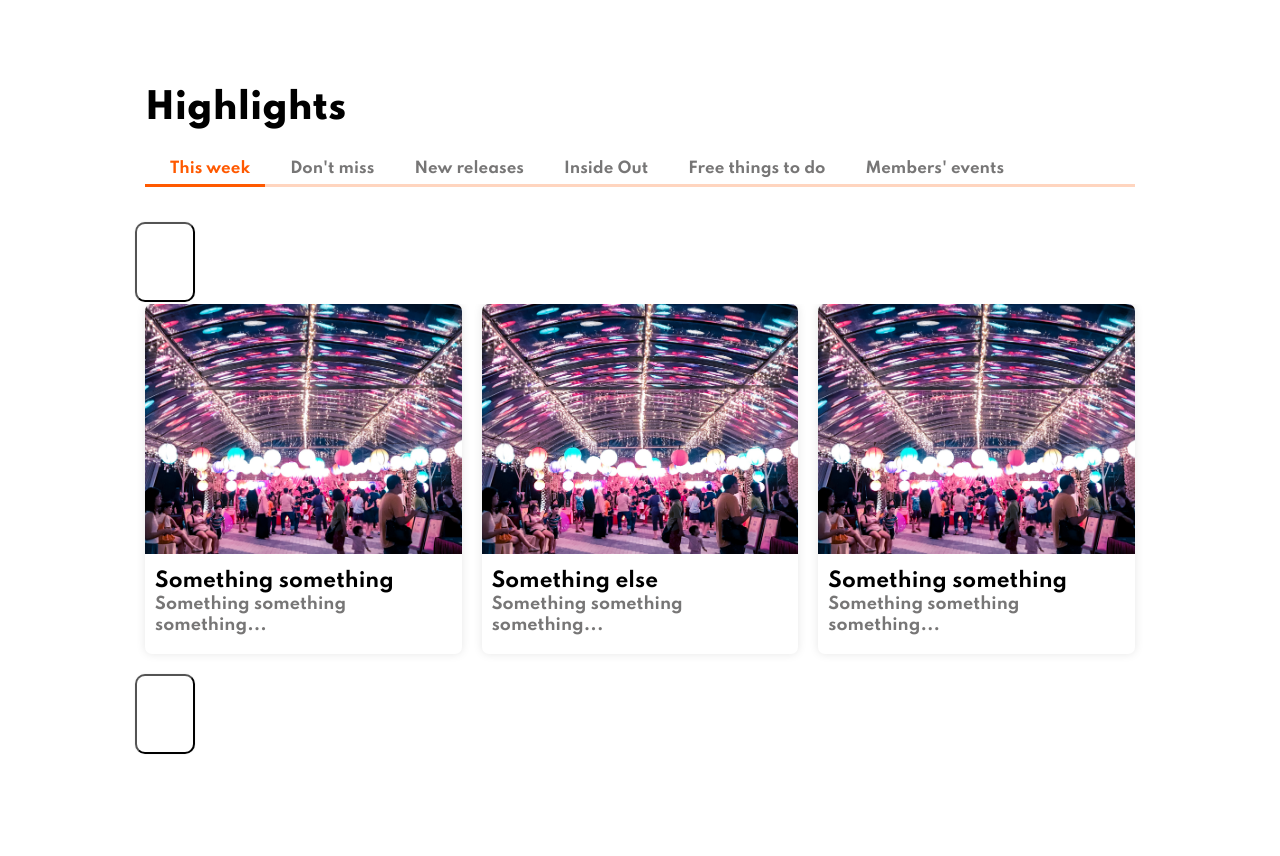
Repository: vvogt/fameworks_vv
Page: /
An editor plug-in stored every save of this project. The page is shown before and after the next save, followed by the edit.
The browser window is 1280 px wide. The pictures show the part of the page from y = 607 to 1463 px (the page is 2500 px tall before and 2502 px after).
Pictures or frames that could not be fetched are drawn as grey boxes. Backgrounds fixed to the window are drawn as part of the page. The project was rebuilt for these pictures with package versions that can differ from the ones it lists, and the page was loaded fresh each time. Also part of the build but not shown: src/components/NotFound.js. Imported but missing from the stored project, and not drawn on this page: src/assets/videos/seald_fullhd.mp4.

Above is the page before, as saved 2020-04-27 16:53:19.

### public/index.html
<!DOCTYPE html>
<html lang="en">
  <head>
    <meta charset="utf-8" />
    <link rel="icon" href="%PUBLIC_URL%/favicon.ico" />
    <link href="https://fonts.googleapis.com/css2?family=Spartan:wght@200;300;400;500;531;600;700;800;900&display=swap"
      rel="stylesheet">
    <meta name="viewport" content="width=device-width, initial-scale=1" />
    <meta name="theme-color" content="#000000" />
    <meta
      name="description"
      content="Web site created using create-react-app"
    />
    <!--
      manifest.json provides metadata used when your web app is installed on a
      user's mobile device or desktop. See https://developers.google.com/web/fundamentals/web-app-manifest/
    -->
    <link rel="manifest" href="%PUBLIC_URL%/manifest.json" />
    <!--
      Notice the use of %PUBLIC_URL% in the tags above.
      It will be replaced with the URL of the `public` folder during the build.
      Only files inside the `public` folder can be referenced from the HTML.

      Unlike "/favicon.ico" or "favicon.ico", "%PUBLIC_URL%/favicon.ico" will
      work correctly both with client-side routing and a non-root public URL.
      Learn how to configure a non-root public URL by running `npm run build`.
    -->
  </head>
  <body>
    <noscript>You need to enable JavaScript to run this app.</noscript>
    <div id="root"></div>
    <!--
      This HTML file is a template.
      If you open it directly in the browser, you will see an empty page.

      You can add webfonts, meta tags, or analytics to this file.
      The build step will place the bundled scripts into the <body> tag.

      To begin the development, run `npm start` or `yarn start`.
      To create a production bundle, use `npm run build` or `yarn build`.
    -->
  </body>
</html>

### src/scss/global.scss
// # SETTINGS
@import 'settings.variables';

// # TOOLS
@import 'tools.mixins';
@import 'tools.units';

// # BASE
@import 'base.normalize';
@import 'base.reset';
@import 'base.body';

//COMPONENTS

@import 'components.header';
@import 'components.hero';
@import 'components.section';
@import 'components.parallaxSection';

### src/scss/_settings.variables.scss
/* ------------------------------------------
   settings.VARIABLES
------------------------------------------ */

// Fonts
$font: 'Spartan', sans-serif;

$font_btn: rem-calc(15);

// Colors
$black: #000000;
$gray-dark: #777676;
$white: #ffffff;
$orange: #ff5900;
$orange-drkr: #e65000;

// Layout
$gutter: 20px;

// Animations
$transition-in: 0.1s;
$transition-out: 0.3s;

// Box Shadow
$shadow_light: 1px 2px 2px rgba($black, 0.1);
$shadow_dark: 1px 2px 2px rgba($black, 0.2);

// Padding
$padding_lr_1: 240px;
$padding_lr_2: 140px;
$padding_lr_3: 80px;
$padding_lr_4: 20px;

### src/scss/_tools.mixins.scss
/* ------------------------------------------
   tools.MIXINS
------------------------------------------ */

@mixin clearfix() {
  &:before, &:after {
    content: " ";
    display: table;
  }
  &:after {
    clear: both;
  }
}

@mixin un-clearfix() {
  &:before, &:after {
    content: none;
    display: auto;
  }
  &:after {
    clear: none;
  }
}

// Image Replacement

@mixin ir() {
  border: 0;
  font: 0/0 a;
  text-shadow: none;
  color: transparent;
  // background: url(test.png);
  // width: 300px;
  // height: 75px;
}

// Hide only visually, but have it available for screen readers:
// http://snook.ca/archives/html_and_css/hiding-content-for-accessibility

@mixin visuallyhidden() {
    border: 0;
    clip: rect(0 0 0 0);
    height: 1px;
    margin: -1px;
    overflow: hidden;
    padding: 0;
    position: absolute;
    width: 1px;
}


//  ## Media query and orietation mixins
//  ==================================================
//  http://alwaystwisted.com/post.php?s=2013-04-01-my-media-query-mixin


@mixin mq($point, $query1: min, $query2: width) {
  @media screen and (#{$query1}-#{$query2}: strip-unit($point) / 16 +em) {
    @content;
  }
}

@mixin orient($orientation: landscape) {
  @media (orientation : $orientation) {
    @content;
  }
}

@mixin setLRPadding($padding-lr4: 20px, $padding-lr3: 80px, $padding-lr2: 140px, $padding-lr1: 240px) {
  padding-left: $padding-lr4;
  padding-right: $padding-lr4;

   @include mq(600) {
      padding-left: $padding-lr3;
      padding-right: $padding-lr3;
   }

   @include mq(1150) {
      padding-left: $padding-lr2;
      padding-right: $padding-lr2;
   }

   @include mq(1400) {
      padding-left: $padding-lr1;
      padding-right: $padding-lr1;
   }
}

@mixin setLRPadding-preview($padding-lr4: 15px, $padding-lr3: 75px, $padding-lr2: 135px, $padding-lr1: 235px) {
  padding-left: $padding-lr4;
  padding-right: $padding-lr4;

   @include mq(600) {
      padding-left: $padding-lr3;
      padding-right: $padding-lr3;
   }

   @include mq(1150) {
      padding-left: $padding-lr2;
      padding-right: $padding-lr2;
   }

   @include mq(1400) {
      padding-left: $padding-lr1;
      padding-right: $padding-lr1;
   }
}

### src/scss/_tools.units.scss
// Foundation for Sites by ZURB
// foundation.zurb.com
// Licensed under MIT Open Source

////
/// @group functions
////

$global-font-size: 100% !default;

// scss-lint:disable ZeroUnit

/// Removes the unit (e.g. px, em, rem) from a value, returning the number only.
///
/// @param {Number} $num - Number to strip unit from.
///
/// @returns {Number} The same number, sans unit.
@function strip-unit($num) {
  @return $num / ($num * 0 + 1);
}

/// Converts one or more pixel values into matching rem values.
///
/// @param {Number|List} $values - One or more values to convert. Be sure to separate them with spaces and not commas. If you need to convert a comma-separated list, wrap the list in parentheses.
/// @param {Number} $base [null] - The base value to use when calculating the `rem`. If you're using Foundation out of the box, this is 16px. If this parameter is `null`, the function will reference the `$base-font-size` variable as the base.
///
/// @returns {List} A list of converted values.
@function rem-calc($values, $base: null) {
  $rem-values: ();
  $count: length($values);

  // If no base is defined, defer to the global font size
  @if $base == null {
    $base: $global-font-size;
  }

  // If the base font size is a %, then multiply it by 16px
  // This is because 100% font size = 16px in most all browsers
  @if unit($base) == '%' {
    $base: ($base / 100%) * 16px;
  }

  @if $count == 1 {
    @return -zf-to-rem($values, $base);
  }

  @for $i from 1 through $count {
    $rem-values: append($rem-values, -zf-to-rem(nth($values, $i), $base));
  }

  @return $rem-values;
}

// Converts a unitless, pixel, or rem value to em, for use in breakpoints.
@function -zf-bp-to-em($value) {
  // Pixel and unitless values are converted to rems
  @if unit($value) == 'px' or unitless($value) {
    $value: rem-calc($value, $base: 16px);
  }

  // Then the value is converted to ems
  @return strip-unit($value) * 1em;
}

/// Converts a pixel value to matching rem value. *Any* value passed, regardless of unit, is assumed to be a pixel value. By default, the base pixel value used to calculate the rem value is taken from the `$global-font-size` variable.
/// @access private
///
/// @param {Number} $value - Pixel value to convert.
/// @param {Number} $base [null] - Base for pixel conversion.
///
/// @returns {Number} A number in rems, calculated based on the given value and the base pixel value. rem values are passed through as is.
@function -zf-to-rem($value, $base: null) {
  // Check if the value is a number
  @if type-of($value) != 'number' {
    @warn inspect($value) + ' was passed to rem-calc(), which is not a number.';
    @return $value;
  }

  // Calculate rem if units for $value is not rem
  @if unit($value) != 'rem' {
    $value: strip-unit($value) / strip-unit($base) * 1rem;
  }

  // Turn 0rem into 0
  @if $value == 0rem {
    $value: 0;
  }

  @return $value;
}

### src/scss/_base.reset.scss
/* ------------------------------------------
  generic.RESET
------------------------------------------ */

* {
  box-sizing: border-box;
}

img,
iframe {
  max-width: 100%;
  height: auto;
}

h1,h2,h3,h4,h5,h6,
p,blockquote,pre,
dl,dd,ol,ul,
form,fieldset,legend,
table,th,td,caption,
hr,figure {
  margin:0;
  padding:0;
}

li {
  list-style: none;
}

::selection {

}

### src/scss/_base.body.scss
body {
  font-family: $font;
  font-size: rem-calc(14);
  line-height: rem-calc(18);
  font-weight: 400;
  color: $black;
  background-color: $white;
  margin: 0px;
  padding: 0px;
}

p {
  font-family: $font;
  font-size: rem-calc(10);
  line-height: rem-calc(25);
  color: $black;
  font-weight: 400;

  @include mq(350) {
    font-size: rem-calc(13);
    line-height: rem-calc(18);
  }

  @include mq(1000) {
    font-size: rem-calc(16);
    line-height: rem-calc(21);
  }
}

a {
  color: $black;
  text-decoration: none;

  &:hover {
    text-decoration: none;
    color: $white;
  }
}

h1,
h2,
h3,
h4,
h5 {
  font-weight: 700;
}

h1 {
  font-weight: 1000;
  font-size: rem-calc(35);
  line-height: rem-calc(43);

  @include mq(750) {
    font-size: rem-calc(45);
    line-height: rem-calc(55);
  }

  @include mq(950) {
    font-size: rem-calc(60);
    line-height: rem-calc(70);
  }

  @include mq(1100) {
    font-size: rem-calc(70);
    line-height: rem-calc(82);
  }

}

h2 {
   font-size: rem-calc(35);
   font-weight: 800;
}

h3 {
  font-size: rem-calc(20);
  line-height: rem-calc(25);
}

h4 {
  font-size: rem-calc(18);
  line-height: rem-calc(21);
}

h5 {
  font-size: rem-calc(14);
  line-height: rem-calc(18);
}

.wrapper {
  width: 100%;
  margin: 0 auto;
  background-color: $white;
  overflow: hidden;
}

### src/scss/_components.header.scss
.header {
   background-color: $orange;
   width: 100%;
   display: flex;
   flex-direction: column;
   color: white;

   &__main {
      height: 55px;
      width: 100%;
      display: flex;
      flex-direction: row;
      justify-content: space-between;
      align-items: center;
      padding-left: $padding-lr_4;
      padding-right: $padding-lr_4;

      @include mq(400) {
         height: 68.3px;
      }

      @include mq(500) {
         height: 81.6px;
      }

      @include setLRPadding;

      .logo {
         font-weight: 800;
         font-size: rem-calc(20);
         letter-spacing: rem-calc(-1.5);

         @include mq(400) {

         }

         @include mq(500) {

         }

         @include mq(600) {
            font-size: rem-calc(40);
         }
      }

      &__right {
         display: flex;
         flex-direction: row;
         flex-wrap: nowrap;
         align-items: center;
         justify-content: right;
         display: flex;

         @include mq(770) {
            width: 340px;
         }

         @include mq(1000) {
            width: 440px;
         }

         input {
            width: 220px;
            height: 42.5px;
            border-radius: 4px;
            box-shadow: inset 0 0 20px rgba(0,0,0,0.1);
            background-color: $orange-drkr;
            border: 1px solid;
            border-color: rgba(0,0,0,0.1);
            color: $white;
            padding: 0px 15px;
            line-height: 1;
            padding: .75em 1em;
            font-weight: 300;
            transition: background-color 0.2s ease-in;

            @include mq(1000) {
               width: 320px;
            }

            &:focus {
               outline: none;
               background-color: darken($orange-drkr, 5%);
               transition: background-color 0.1s ease-in;

            }
         }

         .search-icon {
            width: 20px;
            height: 20px;
         }

         .login {
            display: flex;
            flex-direction: row;
            flex-wrap: nowrap;
            align-items: center;
            font-weight: 800;
            margin-left: 20px;
            white-space: nowrap;

            img {
               position: relative;
               width: 30px;
               height: 30px;

               @include mq(770) {
                  top: -3px;
                  width: 20px;
                  height: 20px;
                  margin-left: 0px;
                  margin-right: 5px;
               }
            }

            span {
               display: none;

               @include mq(770) {
                  display: inline;
               }
            }
         }

         .search-icon {
            display: inline;
            width: 30px;
            height: 30px;

            @include mq(770) {
               display: none;
            }
         }

         input {
            display: none;

            @include mq(770) {
               display: inline;
            }
         }
      }
   }

   &__nav {
      height: 55px;
      border-top: 1px $white solid;
      border-color: rgba(255, 255, 255, 0.5);
      padding-left: $padding-lr_4;
      overflow: scroll;
      -ms-overflow-style: none;  // IE 10+
      overflow: -moz-scrollbars-none;  // Firefox

      &::-webkit-scrollbar {
         display: none;
      }

      @include mq(600) {
         padding-left: $padding-lr_3;
      }

      @include mq(1000) {
         padding-left: $padding-lr_2;
      }

      @include mq(1400) {
         padding-left: $padding-lr_1;
      }

      ul {
         font-weight: 800;
         display: flex;
         flex-direction: row;
         width: 1000px;
         height: 100%;
         justify-content: space-between;
         align-items: center;
      }
   }
}

### src/scss/_components.hero.scss
.hero {
   background-color: rgb(104, 104, 104);
   height: 300px;
   position: relative;

   @include setLRPadding();

   @include mq(750) {
      height: calc(100vh - 250px);
   }

   &__content {
      position: absolute;
      z-index: 2;
      margin-top: 200px;
      margin-bottom: 200px;

      h1, p {
         color: $white;
      }

      p {
         width: 70%;
      }
   }

   &__bgVideo {
      position: absolute;
      object-fit: cover;
      left: 0;
      right: 0;
      width: 100%;
      height: 100%;
      background-position: center;
   }
}

### src/scss/_components.section.scss
.section_previews {
   padding-top: rem-calc(100);
   padding-bottom: rem-calc(100);
   @include setLRPadding-preview;

   h2 {
      margin-bottom: 35px;
      padding-left: 10px;
   }

   .arrow {
      width: 60px;
      height: 80px;
      border-radius: 10px;
      background-color: $white;
      box-shadow: 0 0 2px 0 rgba(0,0,0,0.1);
      position: relative;
   }

   .arrow .left {
      border: 1px solid green;
   }

   .articlePreviews {
      overflow: hidden;
      padding-left: 10px;
      padding-right: 10px;
      padding-bottom: 10px;

      ul {
         width: 100%;
         display: flex;
         flex-direction: row;
         flex-wrap: none;
         justify-content: space-between;

         li {
            width: calc((100% - 40px) / 3);
            margin-left: 10px;
            margin-right: 10px;
            flex-shrink: 0;

            &:first-of-type {
               margin-left: 0px;
            }

            &:last-of-type {
               margin-right: 0px;
            }

            &:last-of-type:after {
               content:'';
               display: block;
               position: relative;
               float: right;
               left: 10px;
               top: -10px;
               height: 10px;
               width: 10px;
               z-index: -1;
            }
         }

         p, h3 {
            font-weight: 700;
         }

         p {
            color: $gray-dark;
         }
      }
   }

   .articlePreview {
      height: 350px;
      border-radius: 7px;
      overflow: hidden;
      box-shadow: 0 0 10px 0 rgba(0,0,0,0.1);

      &__image {
         background-color: rgb(109, 109, 109);
      }

      &__description {
         padding: 15px 10px;
      }
   }

   .categoryTabs {
      width: 100%;
      margin-bottom: 35px;
      padding-left: 10px;
      padding-right: 10px;

      h3 {
         font-size: 15px;
         color: $gray-dark;
         font-weight: 700;
         padding-left: 10px;
      }

      ul {
         display: flex;
         flex-direction: row;
         -ms-flex-align: left;

         li {
            padding: 3px 15px;
            border-bottom: 3px solid rgba($orange, .25);
            cursor: default;
         }

         li.active {
            border-bottom: 3px solid $orange;

            h3 {
               color: $orange;
            }
         }

         li:hover:not(:last-of-type):not(.active) {
            border-bottom: 3px solid $orange;

            h3 {
               color: $black;
            }
         }

         li:last-of-type {
            flex-grow: 1;
         }
      }
   }


}

### src/scss/_components.parallaxSection.scss
.section_parallax {
   background-color: rgb(255, 162, 162);
   padding-top: 90px;
   padding-bottom: 90px;
   @include setLRPadding;
   display: flex;
   flex-wrap: nowrap;
   justify-content: space-between;

   &__left {
      max-width: 450px;

      h2, p{
         color: $white
      }

      p {
         margin-top: 15px;
      }
   }

   &__right {
      display: flex;
      flex-direction: column;
      justify-content: center;

      button {
         border-style: none;
         border-radius: 5px;
         padding: 20px 20px;
         font-weight: 800;
      }
   }
}

Loaded but not shown: src/serviceWorker.js (common file); src/components/Main.js (327 lines, source omitted); src/components/Section.js (132 lines, source omitted); src/components/Header.js (46 lines, source omitted); src/components/Hero.js (34 lines, source omitted); src/components/ParallaxSection.js (21 lines, source omitted); src/index.js (12 lines, source omitted); src/components/Router.js (15 lines, source omitted); src/helpers.js (13 lines, source omitted); src/scss/_base.normalize.scss (423 lines, source omitted)

After the next save:
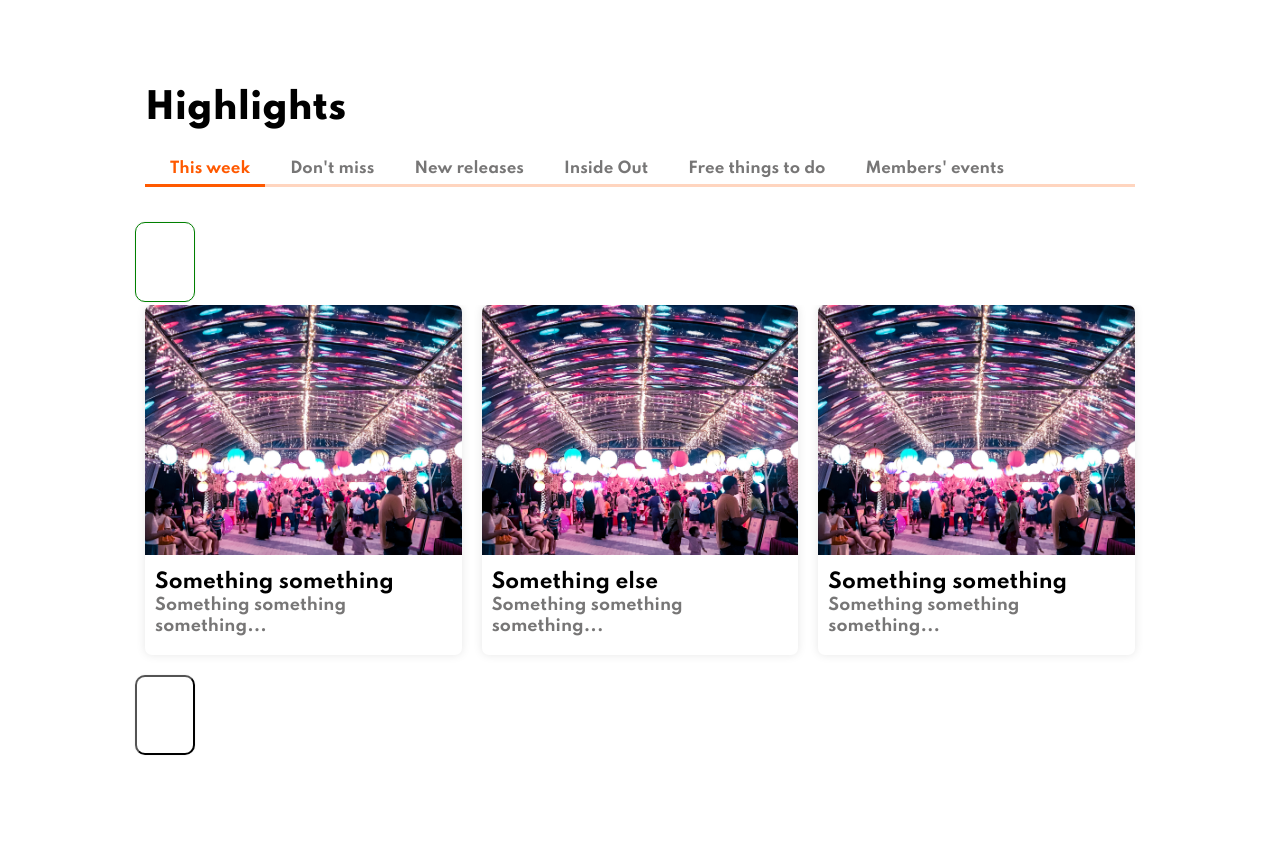
Saved 40 s later.
--- a/src/scss/_components.section.scss
+++ b/src/scss/_components.section.scss
@@ -17,7 +17,7 @@
       position: relative;
    }
 
-   .arrow .left {
+   .arrow.left {
       border: 1px solid green;
    }
 

After the save that followed:
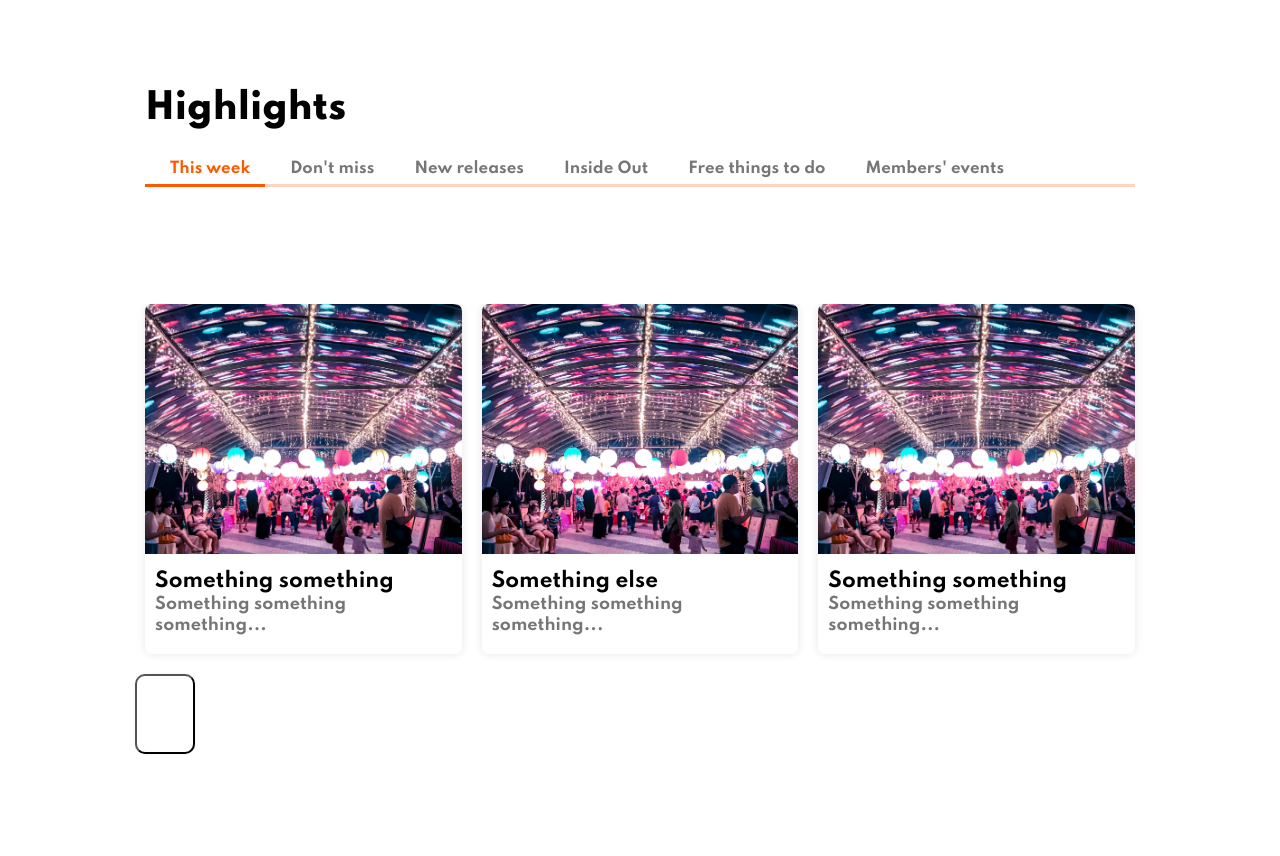
Saved 13 s later.
--- a/src/scss/_components.section.scss
+++ b/src/scss/_components.section.scss
@@ -18,7 +18,7 @@
    }
 
    .arrow.left {
-      border: 1px solid green;
+      left: -200px;
    }
 
    .articlePreviews {
